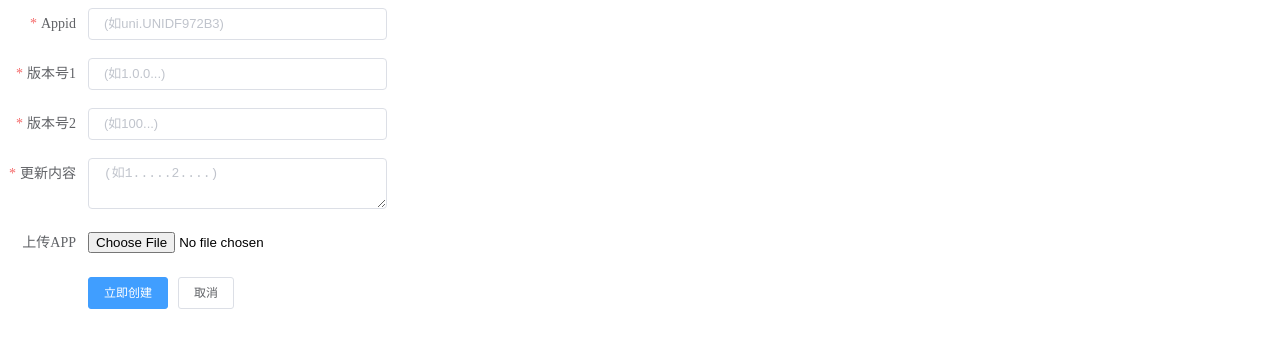
Repository: wfj01/Qmhht
Page: /#/Upload
These files come from the project's save history. The page is drawn as it stood at one moment and after a run of saves; the edit follows.
The browser window is 1280 px wide. The pictures show the whole page.
The project was rebuilt for these pictures with package versions that can differ from the ones it lists, and the page was loaded fresh each time. Also part of the build but not shown: src/components/HelloWorld.vue, src/view/msite.vue, src/view/index/index.vue, src/view/index/home/home.vue, src/view/login/login.vue, src/components/add/adduser.vue, src/view/table/table.vue.

Above is the page before, as saved 2021-01-16 16:47:10.
Console error: TypeError: Cannot read properties of undefined (reading 'protocol')

### src/main.js
// The Vue build version to load with the `import` command
// (runtime-only or standalone) has been set in webpack.base.conf with an alias.
import Vue from 'vue'
import App from './App'
import router from './router'
import Element  from 'element-ui';
import 'element-ui/lib/theme-chalk/index.css';
import axios from 'axios'
axios.defaults.headers.post['Content-Type'] = 'application/json';
Vue.prototype.$ajax = axios
Vue.use( axios)
Vue.use(Element, { size: 'small', zIndex: 3000 });

Vue.config.productionTip = false

/* eslint-disable no-new */
new Vue({
  el: '#app',
  router,
  components: { App },
  template: '<App/>'
})

### src/router/index.js
import Vue from 'vue'
import Router from 'vue-router'
import HelloWorld from '@/components/HelloWorld'
import MsitePage from '@/view/msite'
import IndexPage from '@/view/index/index'
import HomePage from '@/view/index/home/home'
import LoginPage from '@/view/login/login'
import TablePage from '@/view/table/table'
import UploadFile from  '@/view/uploadfile/index'
//申明使用插件
Vue.use(Router)

export default new Router({
  routes:[
    {
      path:'/index',
      name:"IndexPage",
      component: IndexPage,
      meta: {
        showFooter: true
      }
    },
    {
      path:'/home',
      component:HomePage,
      meta: {
        showFooter: true
      }
    },
    {
      path:'/Login',
      component:LoginPage,
      meta: {
        showFooter: false
      }
    },
    {
      path:'/Table',
      name:"TablePage",
      component:TablePage,
      meta: {
        showFooter: false
      }
    },
    {
      path:'/Upload',
      name:"UploadFile",
      component:UploadFile,
      meta: {
        showFooter: false
      }
    },
    {
      path: '/',
      component:MsitePage,
    }
  ]
})

### src/view/uploadfile/index.vue
<template>
  <el-form
    class="elform"
    ref="form"
    :rules="rules"
    :model="form"
    label-width="80px"
  >
    <el-form-item label="Appid" prop="appid">
      <el-input v-model="form.appid" placeholder="(如uni.UNIDF972B3)"></el-input>
    </el-form-item>
    <el-form-item label="版本号1" prop="version">
      <el-input v-model="form.version" placeholder="(如1.0.0...)"></el-input>
    </el-form-item>
    <el-form-item label="版本号2" prop="versionnumber">
      <el-input
        v-model="form.versionnumber"
        placeholder="(如100...)"
      ></el-input>
    </el-form-item>
    <el-form-item label="更新内容" prop="note">
      <el-input
        type="textarea"
        :rows="2"
        placeholder="(如1.....2....)"
        v-model="form.note"
      >
      </el-input>
    </el-form-item>
    <el-form-item label="上传APP">
      <input type="file" @change="getFile($event)" />
    </el-form-item>
    <el-form-item>
      <el-button type="primary" @click="submit('form')">立即创建</el-button>
      <el-button @click="resetForm('form')">取消</el-button>
    </el-form-item>
  </el-form>
</template>

<script>
import axios from "axios";
export default {
  data() {
    return {
      //文件
      file: "",
      file2: "",
      form: {
        appid: "",
        version: "",
        versionnumber: "",
        note: "",
      },
      rules: {
        appid: [
          { required: true, message: "请输入软件的Appid", trigger: "blur" },
        ],
        version: [
          { required: true, message: "请输入软件的版本号", trigger: "blur" },
        ],
        versionnumber: [
          { required: true, message: "请输入版本号简写", trigger: "blur" },
        ],
        note: [{ required: true, message: "请输入更新内容", trigger: "blur" }],
      },
    };
  },
  methods: {
    changenote(e) {
      console.log("this.note", this.note);
    },
    getFile(event) {
      this.file = event.target.files[0];
      console.log(this.file);
    },
    getFile2(event) {
      this.file2 = event.target.files[0];
      console.log(this.file2);
    },
    resetForm(formName) {
      this.$refs[formName].resetFields();
    },
    submit(formName) {
      var notetext = this.form.note.replace(/\n/g, "<br/>");
      console.log(" this.note", notetext);
      this.$refs[formName].validate((valid) => {
        if (valid) {
          let formData = new FormData();
          // 向 formData 对象中添加文件
          formData.append("file", this.file);
          this.$ajax({
            method: "post",
            url:
              "http://localhost:33527/MultiFileAppUpload?appid=" +
              this.form.appid +
              "&version=" +
              this.form.version +
              "&versionnum=" +
              this.form.versionnumber +
              "&note=" +
              notetext,
            data: formData,
          }).then((res) => {
            console.log("res", res);
          });
        } else {
          console.log("error submit!!");
          return false;
        }
      });
    },
  },
};
</script>

<style scoped>
.elform {
  width: 30%;
}
</style>

Loaded but not shown: index.html (common file); src/App.vue (common file)

After the next 2 saves:
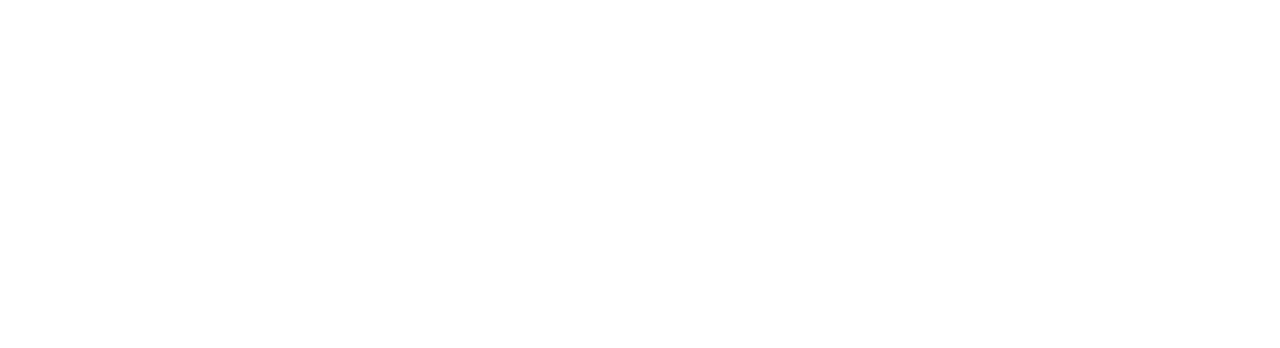
The 2 saves are shown as one change because they came seconds apart.
The last was saved 2 min 5 s later.
--- a/src/router/index.js
+++ b/src/router/index.js
@@ -43,7 +43,7 @@
       }
     },
     {
-      path:'/Upload',
+      path:'/',
       name:"UploadFile",
       component:UploadFile,
       meta: {
@@ -51,7 +51,7 @@
       }
     },
     {
-      path: '/',
+      path: '/MsitePage',
       component:MsitePage,
     }
   ]

After the save that followed:
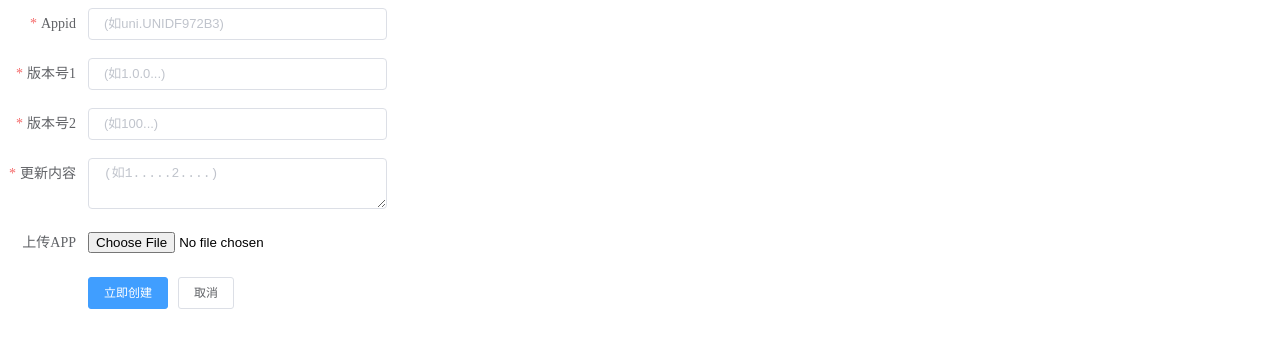
Saved 15 s later.
--- a/src/router/index.js
+++ b/src/router/index.js
@@ -43,7 +43,7 @@
       }
     },
     {
-      path:'/',
+      path:'/Upload',
       name:"UploadFile",
       component:UploadFile,
       meta: {
@@ -51,7 +51,7 @@
       }
     },
     {
-      path: '/MsitePage',
+      path: '/',
       component:MsitePage,
     }
   ]
